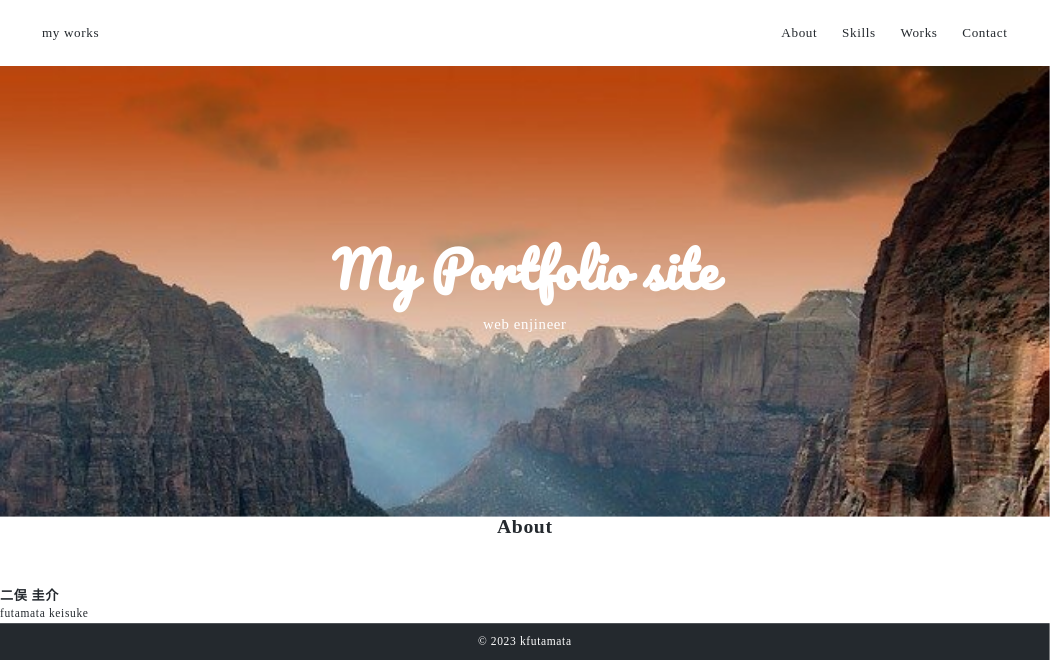
Repository: F-ksk/portfolio
Page: index.html
The author's editor kept a copy of each file at every save. The page is drawn from the files as they stood at one save, then again after the next save.
The browser window is 1280 px wide. The pictures show the whole page, at 82% of full size.

Above is the page before, as saved 2023-06-28 01:52:16.

### index.html
<!DOCTYPE html>
<html>
    <head>
        <meta charset="UTF-8" />
        <meta http-equiv="X-UA-Compatible" content="IE=edge" />
        <meta name="viewport" content="width=device-width, initial-scale=1.0" />
        <meta name="robots" content="noindex" />
        <title>My Portfolio</title>
        <link rel="stylesheet" href="css/reset.css" />
        <link rel="stylesheet" href="css/style.css" />
    </head>
    <body>

        <header>
            <a href="index.html">my works</a>
            <nav>
                <ul>
                    <li>About</li>
                    <li>Skills</li>
                    <li>Works</li>
                    <li>Contact</li>
                </ul>
            </nav>
        </header>

        <div class="main-visual">
            <div>
                <h1>My Portfolio site</h1>
                <p>web enjineer</p>
            </div>
        </div>

        <section id="about">
            <h2>About</h2>
            <div id="about-name">
                <h3>二俣 圭介</h3>
                <p>futamata keisuke</p>
            </div>
        </section>
        <footer>
            <p>&copy; 2023 kfutamata</p>
        </footer>
    </body>
</html>

### css/style.css
@charset "UTF-8";
@import url('https://fonts.googleapis.com/css2?family=Roboto:wght@100;300;400;500;700;900&display=swap');
@import url('https://fonts.googleapis.com/css2?family=Noto+Sans+JP:wght@300;400;500;700;900&display=swap');
@import url('https://fonts.googleapis.com/css2?family=Pacifico&display=swap');

html {
  font-size: 100%;
}

body {
    color: #24292e;
    letter-spacing: 0.05em;
}

a,a:visited {
    color: #24292e;
    text-decoration: none;
}

img {
    max-width: 100%;
}

li {
    list-style: none;
}

p {
    line-height: 1.8;
    font-size: 14px;
}

h1 {
    font-size: 60px;
    font-family: 'Pacifico';
}

h2 {
    font-size: 1.5rem;
    text-align: center;
    margin-bottom: 65px;
}

h3 {
    font-size: 16px;
}

header {
    max-width: 100%;
    background-color: #fff;
    display: flex;
    justify-content: space-between;
    height: 80px;
    padding: 0 4%;
    align-items: center;
    position: sticky;
    top: 0;
}

header ul {
    display: flex;
}

header li {
    margin-left: 30px;
}

footer {
    background-color: #24292e;
    color: #fff;
    font-size:  0.5rem;
    padding: 10px 20px;
    text-align: center;
}

.main-visual {
    width: 100%;
    height: 550px;
    background-image: url(../img/mountain.jpg);
    background-size: cover;
    color: #FFF;
    text-align: center;
    display: flex;
    justify-content: center;
    align-items: center;
}

.main-visual p {
    margin-top: 20px;
    font-size: 18px;
}

Loaded but not shown: css/reset.css (common file)

After the next save:
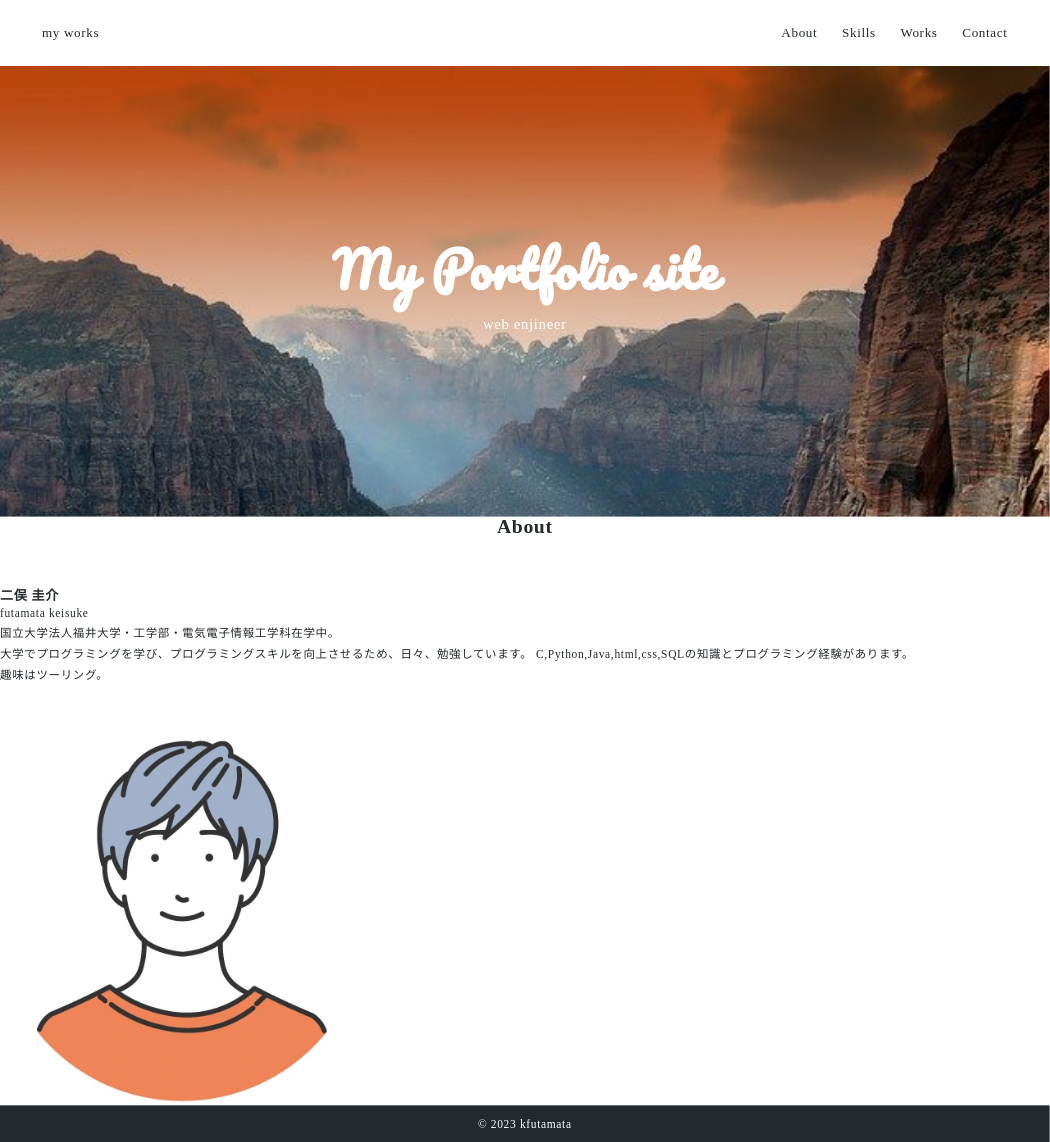
Saved 22 min 37 s later.
--- a/index.html
+++ b/index.html
@@ -36,6 +36,15 @@
                 <h3>二俣 圭介</h3>
                 <p>futamata keisuke</p>
             </div>
+            <div id="about-detail">
+                <p>
+                    国立大学法人福井大学・工学部・電気電子情報工学科在学中。<br>
+                    大学でプログラミングを学び、プログラミングスキルを向上させるため、日々、勉強しています。
+                    C,Python,Java,html,css,SQLの知識とプログラミング経験があります。<br>
+                    趣味はツーリング。
+                </p>
+                <img src="../img/man.jpg">
+            </div>
         </section>
         <footer>
             <p>&copy; 2023 kfutamata</p>
